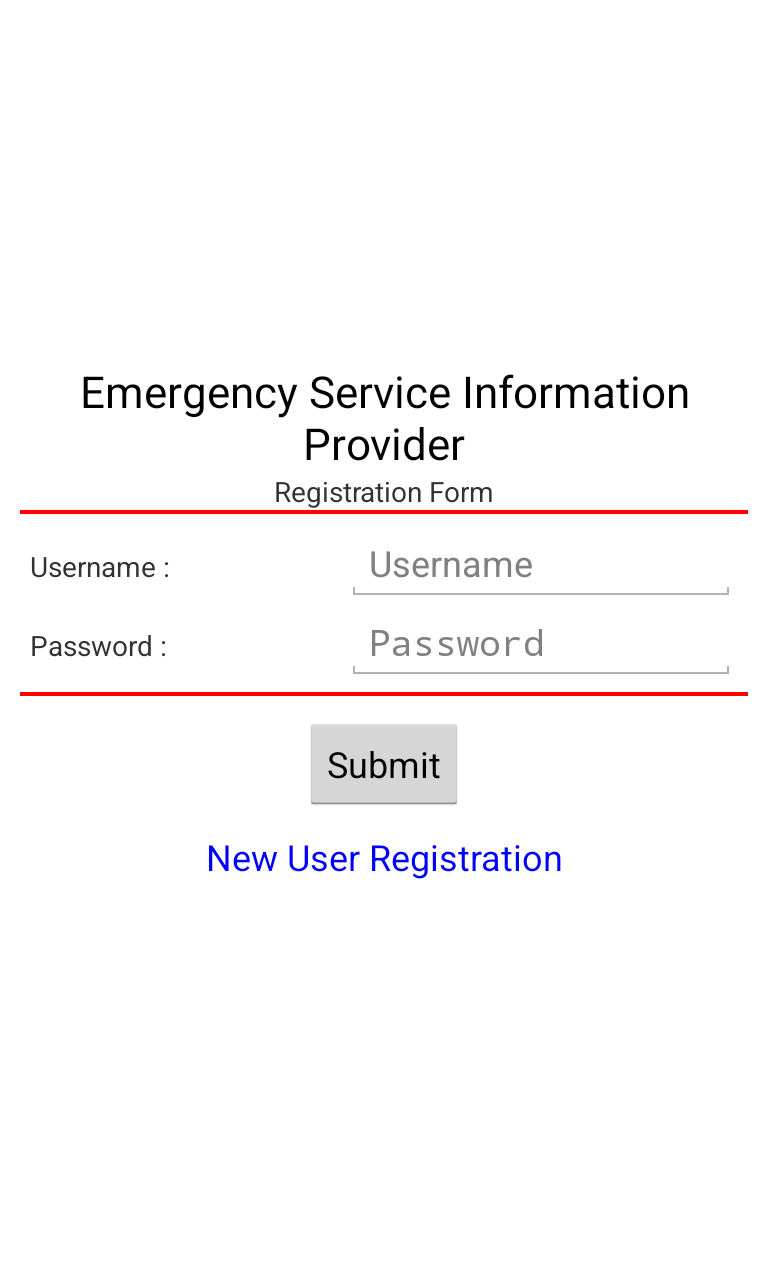
Repository: mansee8/Emergency-Service-Information-Provider
Layout: Emergency Service Information Provider/ESIP/ESIP/res/layout/user_registration.xml
The author's editor kept a copy of each file at every save. The layout is drawn from the files as they stood at one save, then again after a run of saves.
It is drawn on a 768 x 1280 px phone screen (xhdpi) without system bars, with theme AppTheme; the app's code is not run.

Above is the layout before, as saved 2014-02-28 10:09:46.

### Emergency Service Information Provider/ESIP/ESIP/res/layout/user_registration.xml
<?xml version="1.0" encoding="utf-8"?>
<LinearLayout xmlns:android="http://schemas.android.com/apk/res/android"
    android:layout_width="fill_parent"
    android:layout_height="fill_parent"
    android:gravity="center_horizontal"
    android:orientation="vertical"
    android:padding="5dp" >

    <LinearLayout
        android:layout_width="fill_parent"
        android:layout_height="fill_parent"
        android:gravity="center"
        android:orientation="vertical"
        android:padding="5dp" >

        <TextView
            android:id="@+id/textView1"
            android:layout_width="fill_parent"
            android:layout_height="wrap_content"
            android:gravity="center"
            android:text="Emergency Service Information Provider"
            android:textAppearance="?android:attr/textAppearanceLarge" />

        <TextView
            android:layout_width="fill_parent"
            android:layout_height="wrap_content"
            android:gravity="center"
            android:text="Registration Form" />

        <View
            android:layout_width="fill_parent"
            android:layout_height="2dp"
            android:background="#ff0000" />

        <TableLayout
            android:layout_width="fill_parent"
            android:layout_height="wrap_content"
            android:padding="5dp"
            android:stretchColumns="*" >

            <TableRow>

                <TextView
                    android:layout_width="wrap_content"
                    android:layout_height="wrap_content"
                    android:text="Username : " />

                <EditText
                    android:id="@+id/usernameEditText"
                    android:layout_width="wrap_content"
                    android:layout_height="wrap_content"
                    android:hint="Username" />
            </TableRow>

            <TableRow>

                <TextView
                    android:layout_width="wrap_content"
                    android:layout_height="wrap_content"
                    android:text="Password : " />

                <EditText
                    android:id="@+id/passwordEditText"
                    android:layout_width="wrap_content"
                    android:layout_height="wrap_content"
                    android:hint="Password"
                    android:inputType="textPassword" />
            </TableRow>
        </TableLayout>

        <View
            android:layout_width="fill_parent"
            android:layout_height="2dp"
            android:background="#ff0000" />

        <Button
            android:id="@+id/submitButton"
            android:layout_width="wrap_content"
            android:layout_height="wrap_content"
            android:layout_margin="10dp"
            android:text="Submit" />

        <TextView
            android:id="@+id/newUserView"
            android:layout_width="fill_parent"
            android:layout_height="wrap_content"
            android:gravity="center"
            android:textColor="#0000FF"
            android:text="New User Registration"
            android:textAppearance="?android:attr/textAppearanceMedium" />

        <TextView
            android:id="@+id/resultView"
            android:layout_width="wrap_content"
            android:layout_height="wrap_content" />
    </LinearLayout>

</LinearLayout>

Loaded but not shown: Emergency Service Information Provider/ESIP/ESIP/res/values/styles.xml (common file); Emergency Service Information Provider/ESIP/ESIP/res/values-v11/styles.xml (common file); Emergency Service Information Provider/ESIP/ESIP/res/values-v14/styles.xml (common file)

After the next 2 saves:
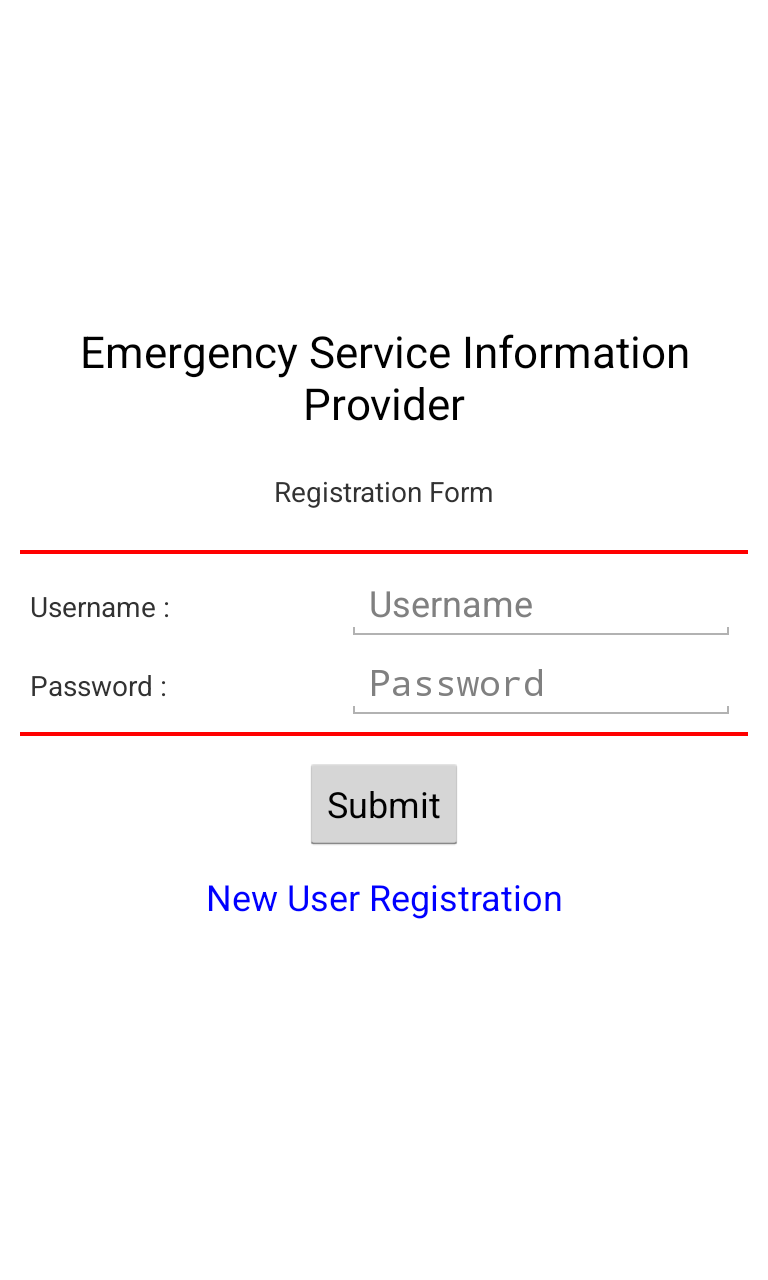
The 2 saves are shown as one change because they came seconds apart.
The last was saved 23 s later.
--- a/Emergency Service Information Provider/ESIP/ESIP/res/layout/user_registration.xml
+++ b/Emergency Service Information Provider/ESIP/ESIP/res/layout/user_registration.xml
@@ -24,6 +24,7 @@
         <TextView
             android:layout_width="fill_parent"
             android:layout_height="wrap_content"
+            android:layout_margin="20dp"
             android:gravity="center"
             android:text="Registration Form" />
 
@@ -85,9 +86,9 @@
             android:layout_width="fill_parent"
             android:layout_height="wrap_content"
             android:gravity="center"
-            android:textColor="#0000FF"
             android:text="New User Registration"
-            android:textAppearance="?android:attr/textAppearanceMedium" />
+            android:textAppearance="?android:attr/textAppearanceMedium"
+            android:textColor="#0000FF" />
 
         <TextView
             android:id="@+id/resultView"
